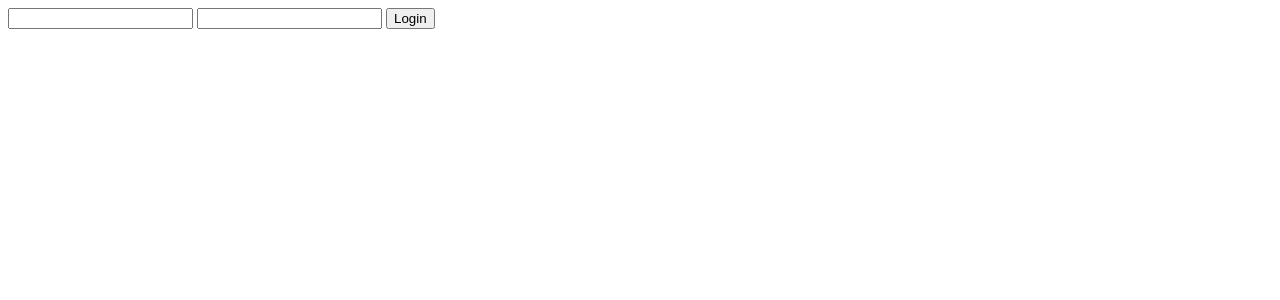
Repository: amirdt22/CT390_Project
Page: http://localhost/craig-project/
These files come from the project's save history. The page is drawn as it stood at one moment and after the next save; the edit follows.
The browser window is 1280 px wide. The pictures show the whole page.
The page is served by Tomcat 9. Other server files are loaded and not shown.

Above is the page before, as saved 2012-04-22 12:42:29.

### craig-project/WebContent/index.jsp
<%@ page language="java" contentType="text/html; charset=UTF-8"
    pageEncoding="UTF-8"%>
<!DOCTYPE html PUBLIC "-//W3C//DTD HTML 4.01 Transitional//EN" "http://www.w3.org/TR/html4/loose.dtd">
<html>
<head>
<meta http-equiv="Content-Type" content="text/html; charset=UTF-8">
<title>Insert title here</title>
</head>
<body>
<form action="Login" method="POST">
	<input type="text" name="username" id="username">
	<input type="password" name="password" id="password">
	<input type="submit" value="Login" id="loginSubmit"/>
</form>
</body>
</html>

After the next save:
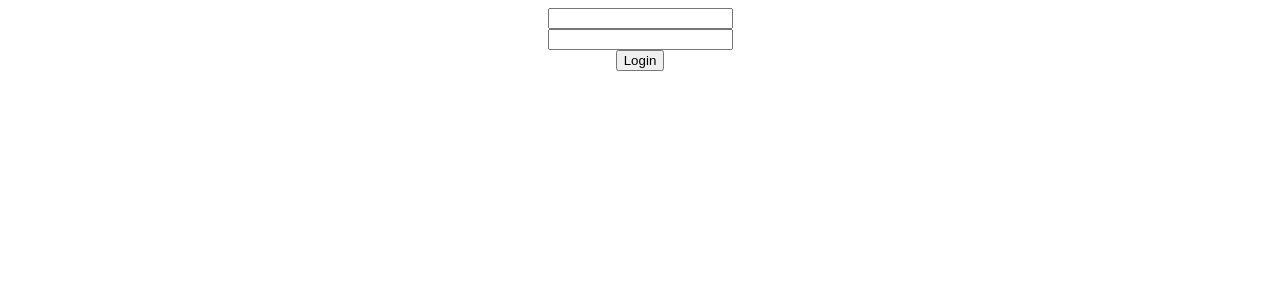
Saved 70 s later.
--- a/craig-project/WebContent/index.jsp
+++ b/craig-project/WebContent/index.jsp
@@ -7,10 +7,12 @@
 <title>Insert title here</title>
 </head>
 <body>
+<center>
 <form action="Login" method="POST">
-	<input type="text" name="username" id="username">
-	<input type="password" name="password" id="password">
+	<input type="text" name="username" id="username"><br>
+	<input type="password" name="password" id="password"><br>
 	<input type="submit" value="Login" id="loginSubmit"/>
 </form>
+</center>
 </body>
 </html>
